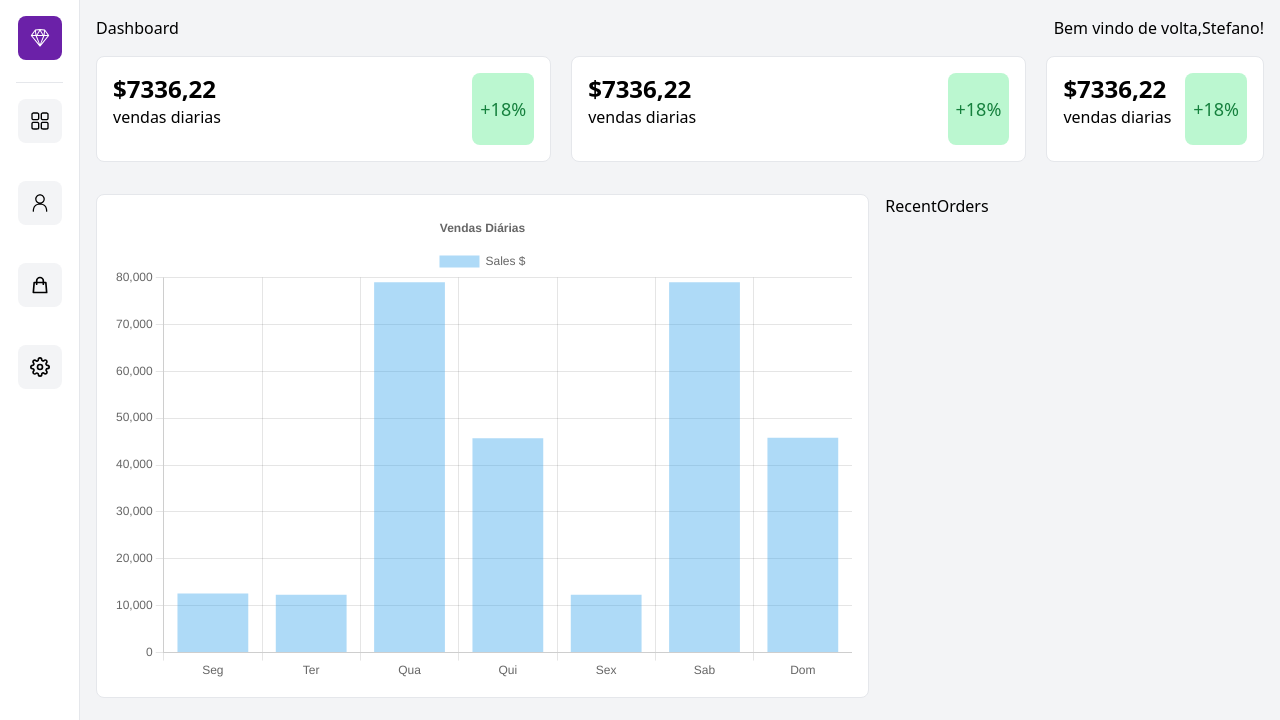
Repository: stefanosousaa/dashboard-next13
Page: /
These files come from the project's save history. The page is drawn as it stood at one moment and after the next save; the edit follows.
The browser window is 1280 px wide. The pictures show the whole page.
The project was rebuilt for these pictures with package versions that can differ from the ones it lists, and the page was loaded fresh each time. The framework's server and built-in components were replaced by stand-ins that run in the browser. Also part of the build but not shown: next.config.js.

Above is the page before, as saved 2023-05-16 18:43:12.

After the next save:
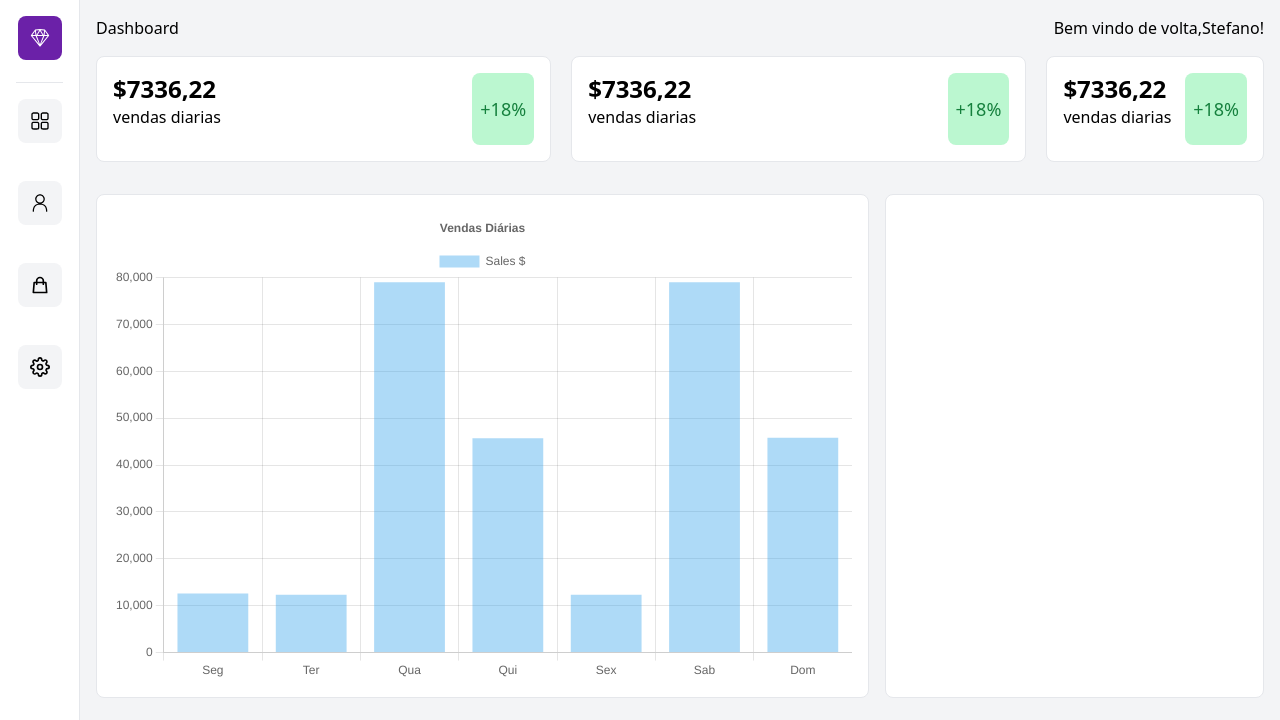
Saved 3 min 56 s later.
--- a/components/RecentOrders.jsx
+++ b/components/RecentOrders.jsx
@@ -1,8 +1,12 @@
 import React from 'react'
+import {data} from '../data/data.js'
+import {FaShoppingBag} from 'react-icons/fa'
 
 const RecentOrders = () => {
   return (
-    <div>RecentOrders</div>
+    <div className='w-full col-span-1 relative lg:h-[70vh] h-[50vh] m-auto p-4 border rounded-lg bg-white overflow-scroll'>
+      <h1></h1>
+    </div>
   )
 }
 
